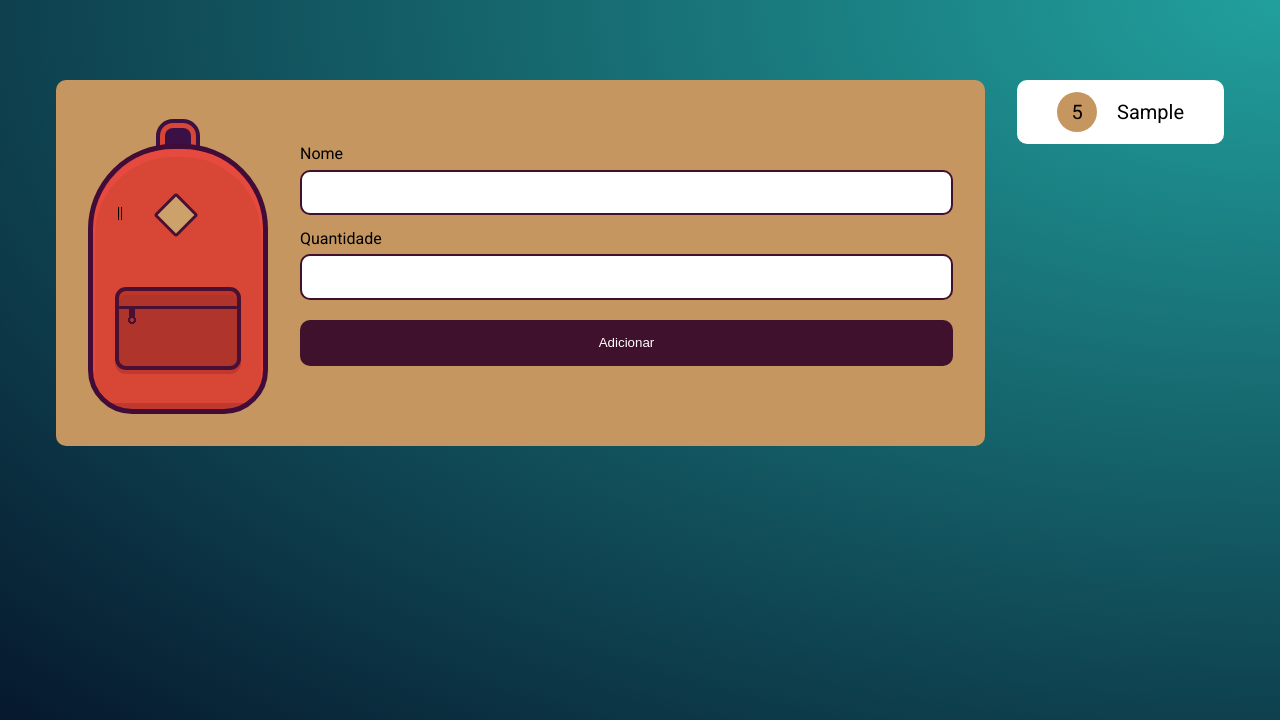
Repository: devMuriloOliveira/Mochila-de-viagem
Page: index.html
These files come from the project's save history. The page is drawn as it stood at one moment and after the next save; the edit follows.
The browser window is 1280 px wide. The pictures show the whole page.
Empty fields were first filled with sample values (such as "Sample", 5 or name@example.com).
After loading, the first visible `#novoItem` was submitted once.

Above is the page before, as saved 2022-11-27 15:45:08.

After the next save:
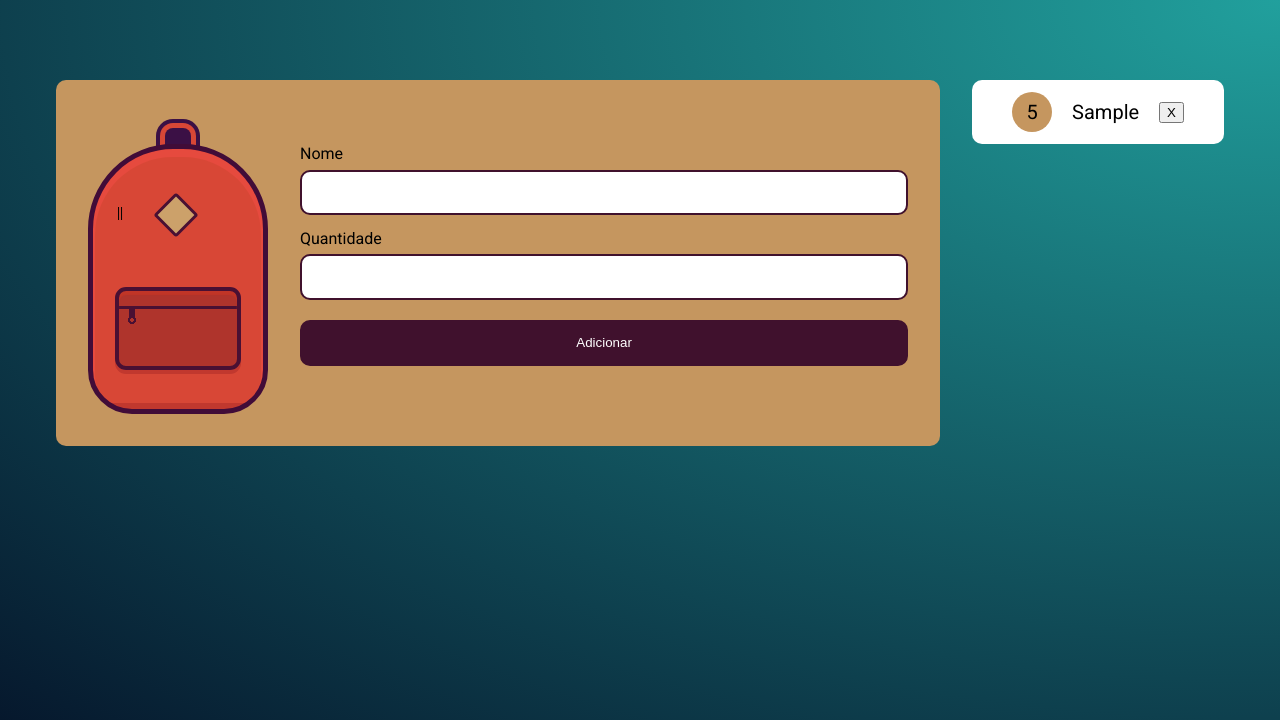
Saved 55 s later.
--- a/js/main.js
+++ b/js/main.js
@@ -49,6 +49,8 @@ function criaElemento(item) {
   novoItem.appendChild(numeroItem)
   novoItem.innerHTML += item.nome
 
+  novoItem.appendChild(botaoDeleta())
+
   lista.appendChild(novoItem)
 }
 
